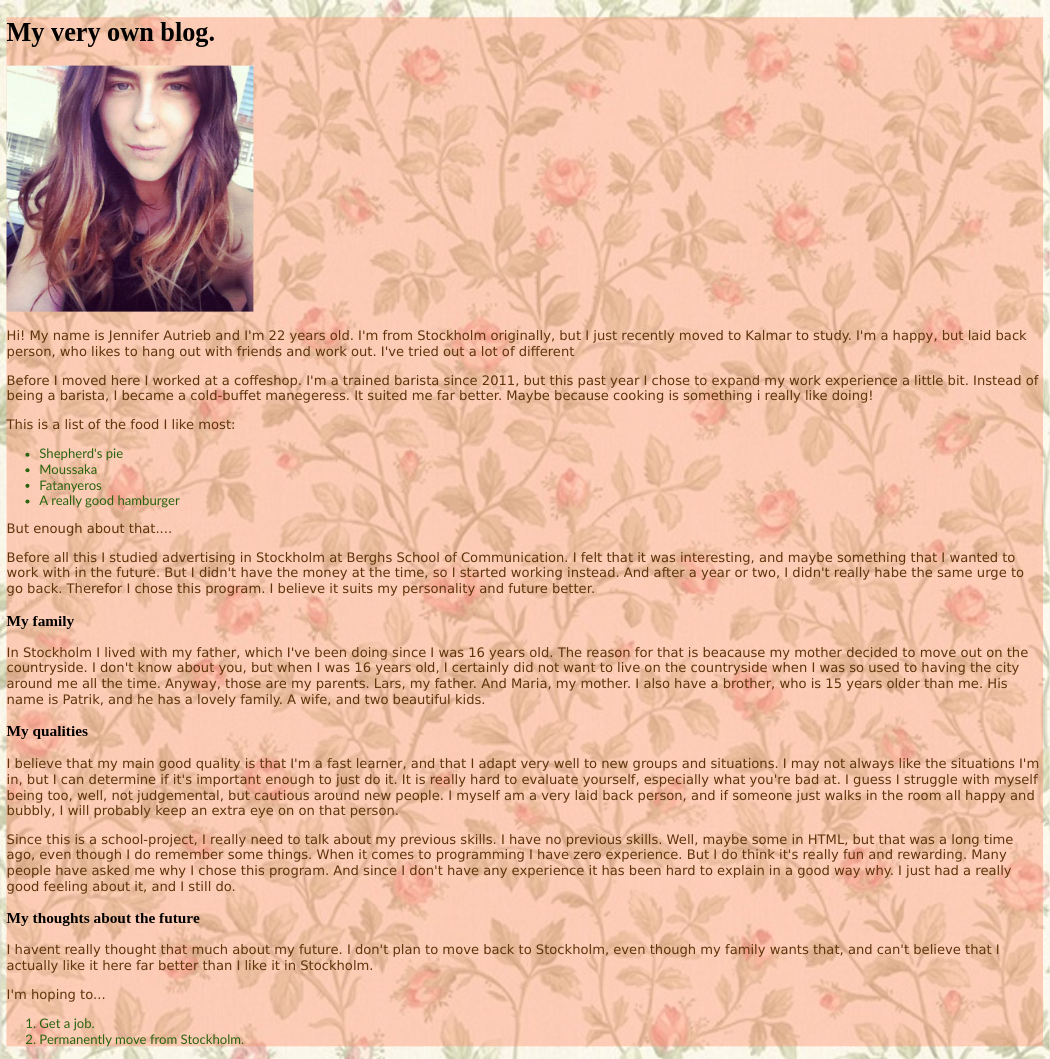
Repository: JeAut/1ik415-JeAut-laborationer
Page: WWW/pages/Presentation.html
The author's editor kept a record of every edit. The page is drawn from the files as they stood at one moment, then again after the next edit.
The browser window is 1280 px wide. The pictures show the whole page, at 82% of full size.

Above is the page before.

### WWW/pages/Presentation.html
<!DOCTYPE html>
<html>
    <head>

        <meta http-equiv="content-type" content="text/html; charset=utf-8" />
        <title>Presentation</title>
        <link rel="stylesheet" href="../../css/style.css" />
        <link rel="stylesheet" media="print" href="../../css/print.css"/>
        <link rel="stylesheet" media="screen and (min-width: 480px)" href="../../css/mobile.css"/>
       <link rel="shortcut icon" href="../pics/favicon.ico" type="image/x-icon"/>
    </head>
    <body>
    <div id="bgimage">
    <div id="body">
        <div id="header"><a id="doc"><h1>My very own blog.</h1></a>
        <img src="../pics/jennifer.jpg" width="301"/></div>

        <!--
        <ul class="sidemenu">
        <div id="navigation">
            <div id="bc">
            <div id="ulsidemenu">
            <div id="ulsidemenu2">
            <li><a href="../../index.html" class="buttonstart"> Start</a></li>
            </div>
            <div id="ulsidemenu3">
            <li><a href="Presentation.html" class="active buttonpresent"> Presentation</a></li>
            </div>
            <div id="ulsidemenu4">
            <li><a href="kontakt.html" class="buttonkontakt"> Kontakt</a></li>
            </div>
            <div id="ulsidemenu5">
            <li><a href="laborationer.html" class="buttonlabb"> Laborationer</a></li>
            </div>
            </div>
            </div>
            </div>
        </ul>
        -->
        <div id="container"><p>Hi! My name is Jennifer Autrieb and I'm 22 years old.
        I'm from Stockholm originally, but I just recently moved to Kalmar to study.
        I'm a happy, but laid back person, who likes to hang out with friends and
        work out. I've tried out a lot of different</p>

        <p>Before I moved here I worked at a coffeshop. I'm a trained barista since 2011,
        but this past year I chose to expand my work experience a little bit.
        Instead of being a barista, I became a cold-buffet manegeress. It suited me
        far better. Maybe because cooking is something i really like doing!</p>

        <p>This is a list of the food I like most:</p>
        <ul>
            <p1><li>Shepherd's pie</li>
            <li>Moussaka</li>
            <li>Fatanyeros</li>
            <li>A really good hamburger</li></p1>
        </ul>
        <p>But enough about that....</p>

        <p>Before all this I studied advertising in Stockholm at Berghs School of Communication.
        I felt that it was interesting, and maybe something that I wanted to work
        with in the future. But I didn't have the money at the time, so I started
        working instead. And after a year or two, I didn't really habe the same urge
        to go back. Therefor I chose this program. I believe it suits my personality
        and future better.</p>

        <p><h3>My family</h3></p>
        <p>In Stockholm I lived with my father, which I've been doing since I was 16
        years old. The reason for that is beacause my mother decided to move out on the
        countryside. I don't know about you, but when I was 16 years old, I certainly
        did not want to live on the countryside when I was so used to having the city
        around me all the time.
        Anyway, those are my parents. Lars, my father. And Maria, my mother.
        I also have a brother, who is 15 years older than me. His name is Patrik, and
        he has a lovely family. A wife, and two beautiful kids.</p>

        <p><h3>My qualities</h3></p>
        <p>I believe that my main good quality is that I'm a fast learner, and that I
        adapt very well to new groups and situations. I may not always like the
        situations I'm in, but I can determine if it's important enough to just do it.
        It is really hard to evaluate yourself, especially what you're bad at.
        I guess I struggle with myself being too, well, not judgemental, but cautious
        around new people. I myself am a very laid back person, and if someone just
        walks in the room all happy and bubbly, I will probably keep an extra eye on
        on that person.</p>


        <p>Since this is a school-project, I really need to talk about my previous skills.
        I have no previous skills. Well, maybe some in HTML, but that was a long time
        ago, even though I do remember some things. When it comes to programming I
        have zero experience. But I do think it's really fun and rewarding.
        Many people have asked me why I chose this program. And since I don't have
        any experience it has been hard to explain in a good way why. I just had a
        really good feeling about it, and I still do.</p>

        <p><h3>My thoughts about the future</h3></p>
        <p>I havent really thought that much about my future. I don't plan to move back
        to Stockholm, even though my family wants that, and can't believe that I
        actually like it here far better than I like it in Stockholm.</p>

        <p>I'm hoping to...</p>
        <ol>
            <p1><li>Get a job.</li>
            <li>Permanently move from Stockholm.</li></p1>
        </ol>
        </div>
        </div>
        </div>
    </body>
</html>

### css/style.css
/*Layout*/

#navigation {
    display:block;
    float:left;
    width:31.25%;
}

#container {
    display:block;
    margin-left:200px;
    width:62.5%;
}

#header {
    display:block;
    margin-left:200px;
}

#body {
    width:960px;
    margin: 0 auto;
    background-color: rgba(255, 139, 102, 0.4);
}

body {
    background-image:url(floral.jpg);
    -webkit-background-size: cover;
    -moz-background-size: cover;
    -o-background-size: cover;
    background-size: cover;
}

#image {
    float:right;
    border-left:4px solid #000;
    border-right:4px solid #000;
    border-top:4px solid #000;
    border-bottom:4px solid #000;
    display:block;
}


#image2 {
    float:left;
    border-left:4px solid #000;
    border-right:4px solid #000;
    border-top:4px solid #000;
    border-bottom:4px solid #000;
    display:block;
}


#navigation {
    background-color:#F6DEA5;
    width:150px;

}

#navigation ul {
   list-style:none;
   padding:0px;
   margin:0px;
}

#navigation li {
   font-family:Verdana, Arial;
    border-top:1px solid #6F3E04;
    border-left:1px solid #6F3E04;
    border-right:1px solid #6F3E04;
    border-bottom:1px solid #6F3E04;
}

#navigation a {
    text-decoration:none;
    display:block;
    color:#994C00;
    font-weight:bold;
    padding:2px 10px;
}
#navigation a:hover {
    background-color:#B9BB79;
    color:#EEEEDC;
}


/*Listelement <li> meny

#bc {
    background-color:#D8B774;
}

#ulsidemenu {
    padding:0px;
    margin:0px;
    list-style:none;
    font-family:Verdana, Arial, Helvetica, sans-serif;
    border-bottom:1px solid #6F3E04;
    width:150px;
    background-color:#F6DEA5;
}

#ulsidemenu2 {
    border-top:1px solid #6F3E04;
    border-left:1px solid #6F3E04;
    border-right:1px solid #6F3E04;
}

#ulsidemenu3 {
    border-top:1px solid #6F3E04;
    border-left:1px solid #6F3E04;
    border-right:1px solid #6F3E04;
}

#ulsidemenu4 {
    border-top:1px solid #6F3E04;
    border-left:1px solid #6F3E04;
    border-right:1px solid #6F3E04;
}

#ulsidemenu5 {
    border-top:1px solid #6F3E04;
    border-left:1px solid #6F3E04;
    border-right:1px solid #6F3E04;
}

a {
    text-decoration:none;
    display:block;
    width:128px;
    color:#994C00;
    font-weight:bold;
    padding:2px 10px;
}
a:hover {
    background-color:#B9BB79;
    color:#EEEEDC;
}
*/

/*Typografi*/

p {
    color:#5F350B;
    font-family:Verdana, Arial, Helvetica, sans-serif;
}

p1 {
    color:#29640F;
    font-family:"Trebuchet MS", Helvetica, sans-serif;
}

.active {
    background-color:#660000;
}

/*Sprites*/

.buttonstart {
    background-image:url(../WWW/pics/sprite.png);
    background-repeat:no-repeat;
    background-position:0px -48px;
    text-indent:15px;
}

.buttonstart:hover {
    background-image:url(../WWW/pics/sprite.png);
    background-repeat:no-repeat;
    background-position:0px 0px;
    text-indent:15px;
}

.buttonpresent {
    background-image:url(../WWW/pics/sprite.png);
    background-repeat:no-repeat;
    background-position:0px -239px;
    text-indent:15px;
}

.buttonpresent:hover {
    background-image:url(../WWW/pics/sprite.png);
    background-repeat:no-repeat;
    background-position:0px -192px;
    text-indent:15px;
}

.buttonkontakt {
    background-image:url(../WWW/pics/sprite.png);
    background-repeat:no-repeat;
    background-position:0px -336px;
    text-indent:15px;
}

.buttonkontakt:hover {
    background-image:url(../WWW/pics/sprite.png);
    background-repeat:no-repeat;
    background-position:0px -288px;
    text-indent:15px;
}

.buttonlabb {
    background-image:url(../WWW/pics/sprite.png);
    background-repeat:no-repeat;
    background-position:0px -144px;
    text-indent:15px;
}

.buttonlabb:hover {
    background-image:url(../WWW/pics/sprite.png);
    background-repeat:no-repeat;
    background-position:0px -96px;
    text-indent:15px;
}

### css/mobile.css
/*För skärmar med bredden 480px eller mindre*/

#body{
    width:100%;
}
#container {
	width: 100%;
	float: none;
	margin: 0 auto;
}
#navigation {
	width: 100%;
	float: none;
}

#header {
    margin: 0 auto;
}

img {
    max-width:100%;
}

Loaded but not shown: css/print.css (no copy from this time; the picture is the same without it)

After the next edit:
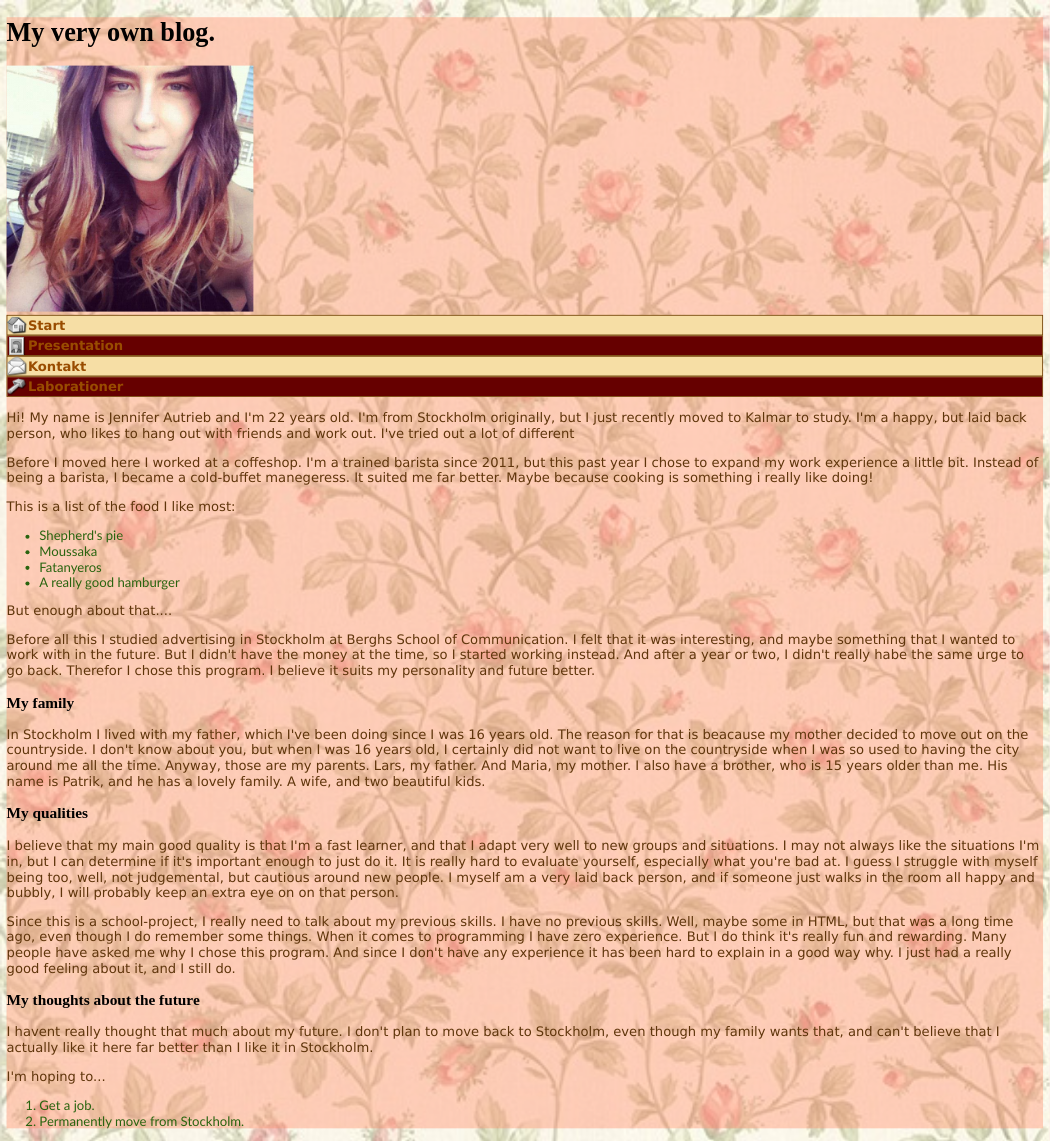
The edit:
--- a/WWW/pages/Presentation.html
+++ b/WWW/pages/Presentation.html
@@ -14,6 +14,16 @@
     <div id="body">
         <div id="header"><a id="doc"><h1>My very own blog.</h1></a>
         <img src="../pics/jennifer.jpg" width="301"/></div>
+
+         <div id="navigation">
+    <ul>
+        <li><a href="../index.html" class="buttonstart"> Start</a></li>
+        <li><a href="Presentation.html" class="active buttonpresent"> Presentation</a></li>
+        <li><a href="kontakt.html" class="buttonkontakt"> Kontakt</a></li>
+        <li><a href="laborationer.html" class="active buttonlabb"> Laborationer</a></li>
+    </ul>
+</div>
+
 
         <!--
         <ul class="sidemenu">
